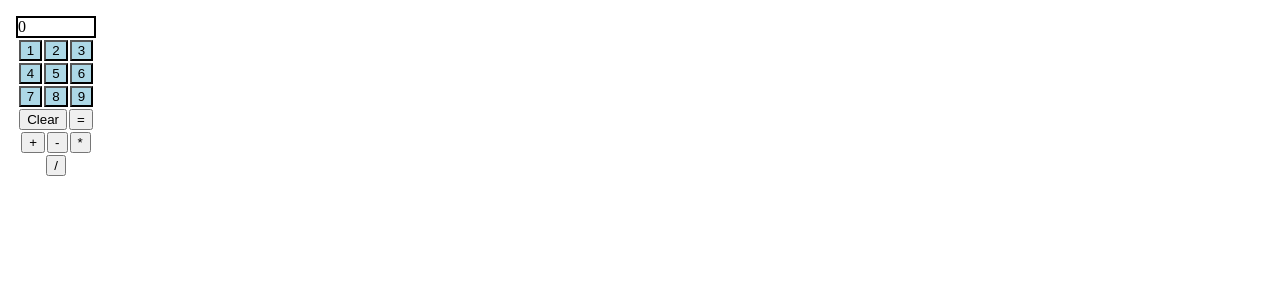
Repository: weazzyefff/Calculator-App
Page: index.html
These files come from the project's save history. The page is drawn as it stood at one moment and after the next save; the edit follows.
The browser window is 1280 px wide. The pictures show the whole page.

Above is the page before, as saved 2022-12-16 22:18:45.

After the next save:
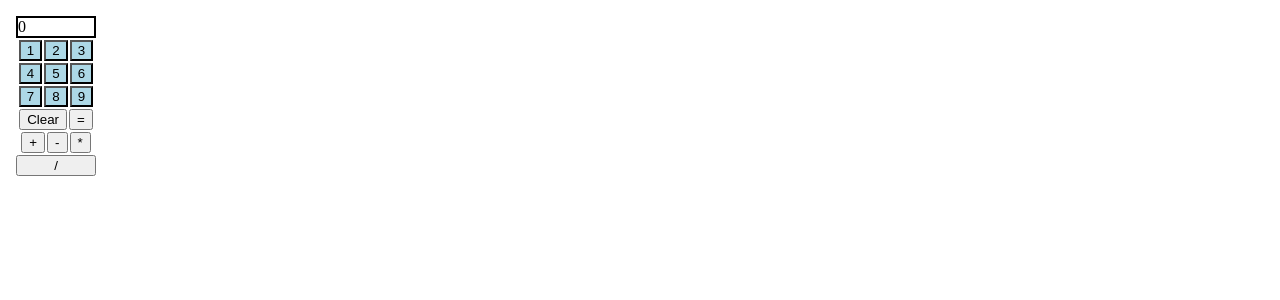
Saved 101 s later.
--- a/index.html
+++ b/index.html
@@ -24,7 +24,7 @@
         <button type ="input" id="+">+</button>
         <button type = "input" id="-">-</button>
         <button type = "input" id="*">*</button>
-        <button type = "input" id="/">/</button>
+        <button type = "input" id="divide">/</button>
     </div>
 
 
